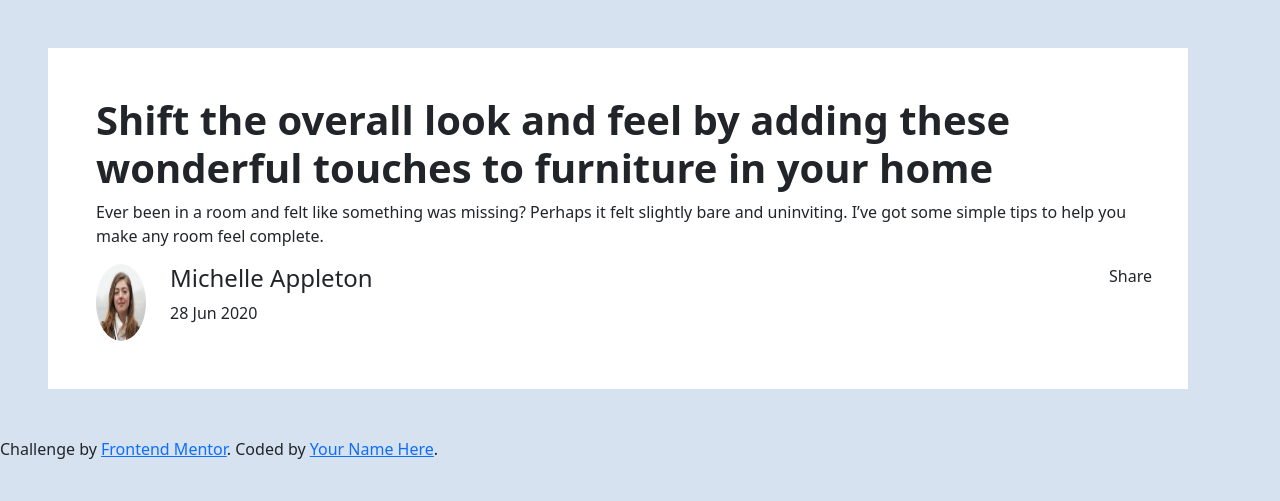
Repository: blordeus/article-preview-component
Page: index.html
The author's editor kept a copy of each file at every save. The page is drawn from the files as they stood at one save, then again after the next save.
The browser window is 1280 px wide. The pictures show the whole page.

Above is the page before, as saved 2024-05-17 10:28:37.

After the next save:
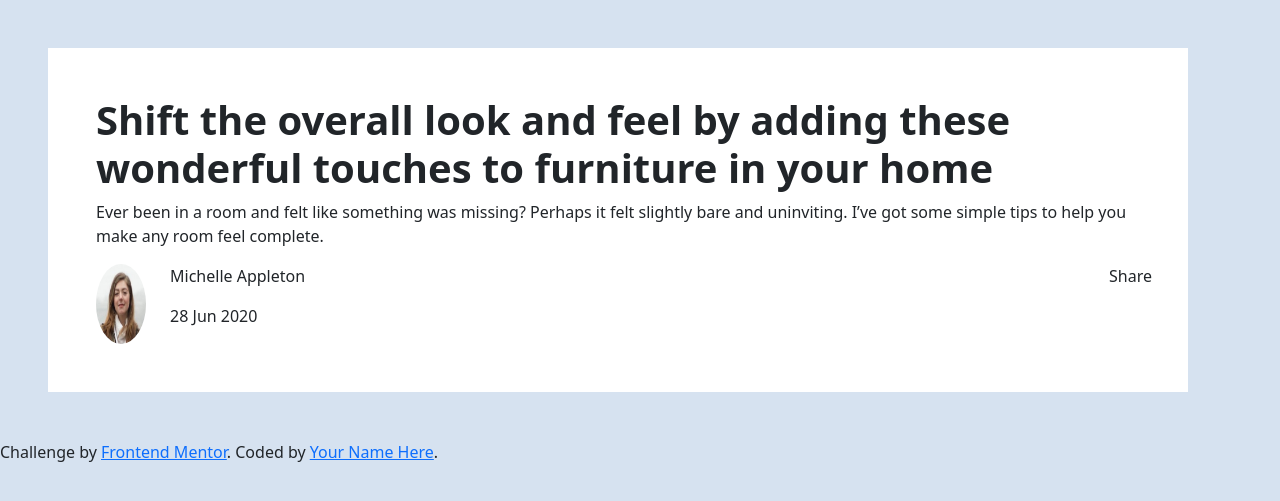
Saved 9 s later.
--- a/index.html
+++ b/index.html
@@ -27,7 +27,7 @@
         <div class="col d-flex">
           <img id="avatar" src="./images/avatar-michelle.jpg" alt="michelle">
           <div class="flex-column ms-4">
-            <h4>Michelle Appleton</h4>
+            <p>Michelle Appleton</p>
             <p>28 Jun 2020</p>
           </div>
         </div>
